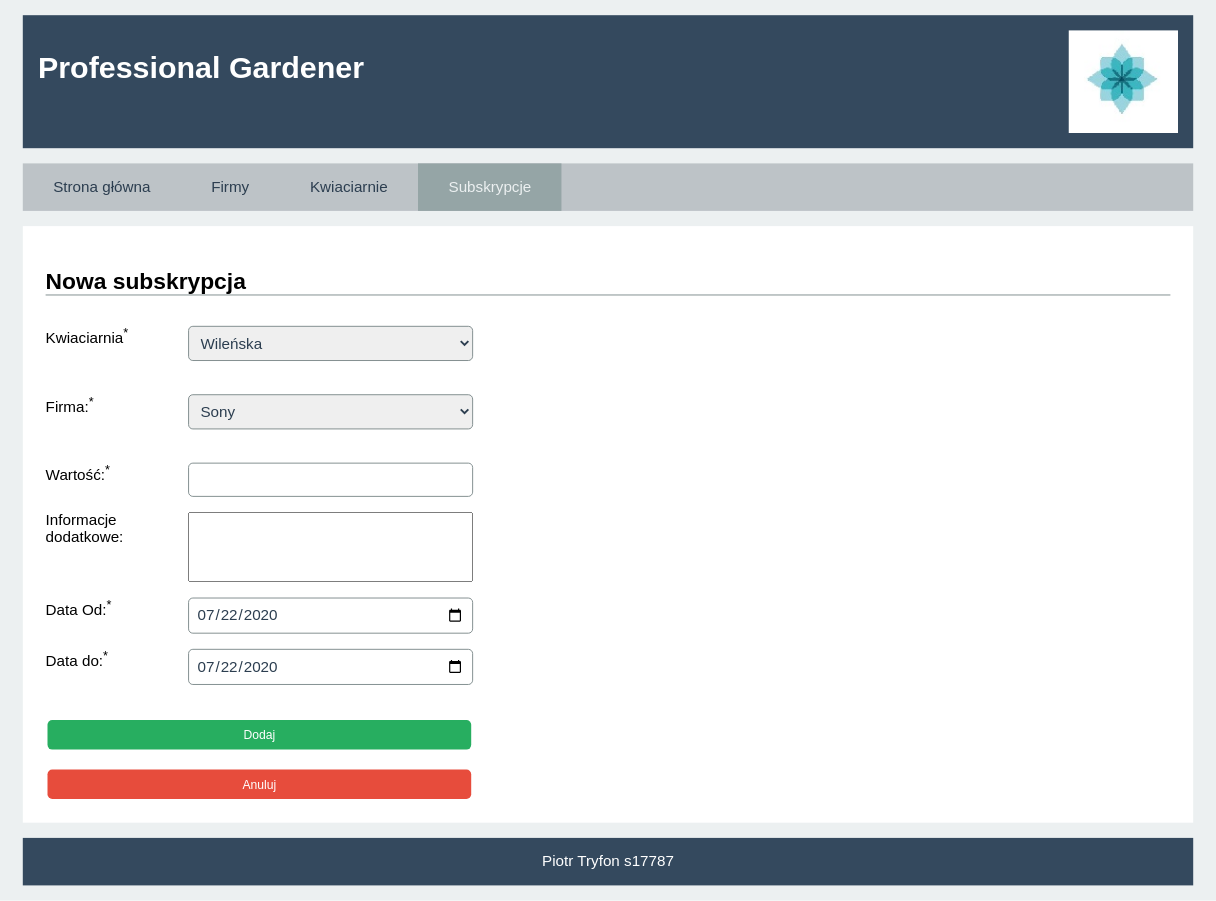
Repository: s17787/TIN
Page: tin_zaoczne_12_s17787_html-css/pages/subscription-form.html
An editor plug-in stored every save of this project. The page is shown before and after the next save, followed by the edit.
The browser window is 1280 px wide. The pictures show the whole page, at 95% of full size.

Above is the page before, as saved 2021-01-06 09:40:53.

### tin_zaoczne_12_s17787_html-css/pages/subscription-form.html
<!DOCTYPE html>
<html lang="pl-PL">
<head>
    <meta charset="UTF-8">
    <meta name="viewport" content="width=device-width, initial-scale=1.0">
    <title>Professional Gardener</title>
    <link rel="stylesheet" href="../css/style.css" type="text/css"/>
    <script type="application/javascript" src="js/validationCommon.js"></script>
</head>
<body>
    <header>
        <h1>Professional Gardener</h1>
        <img src="../images/logo.jpg" alt="Professional Gardener">
    </header>
    <nav>
        <ul>
            <li><a href="../index.html" >Strona główna</a></li>
            <li><a href="client-list.html">Firmy</a></li>
            <li><a href="florist-list.html" >Kwiaciarnie</a></li>
            <li><a href="subscription-list.html" class="active">Subskrypcje</a></li>
        </ul>
    </nav>
    <main>
        <h2>Nowa subskrypcja</h2>
        <form class="form">
            <!--<div class="form-group">-->
                <label for="florist_Name">Kwiaciarnia<sup>*</sup></label>
                <select id="florist_Name" name="florist_Name">
                    <option value="wilenska" selected="selected">Wileńska</option>
                    <option value="poludniowa">Południowa</option>
                    <option value="polnocna">Północna</option>
                  </select>
                  <span id="errorName" class="errors-text"></span>
            <!--</div>-->
            <!--<div class="form-group">-->
                <label for="client_Name">Firma:<sup>*</sup></label>
                <select id="client_Name" name="client_Name">
                    <option value="sony" selected="selected">Sony</option>
                    <option value="walmart">Walmart</option>
                    <option value="amazon">Amazon</option>
                  </select>
                  <span id="errorName" class="errors-text"></span>
            <!--</div>-->
            <!--<div class="form-group">-->
                <label for="value">Wartość:<sup>*</sup></label>
                <input type="text" name="value" id="value" />
            <!--</div>-->
            <!--<div class="form-group">-->
                <label for="Informacje">Informacje dodatkowe:</label>
                <textarea type="text" name="Informacje" id="Informacje" rows="4" cols="10" style="resize: none;"></textarea>
            <!--</div>-->
            <!--<div class="form-group">-->
                <label for="date_From">Data Od:<sup>*</sup></label>
                <input type="date" value="2020-07-22" min="2020-07-22" name="date_From" id="date_From" />
            <!--</div>-->
            <!--<div class="form-group">-->
                <label for="date_To">Data do:<sup>*</sup></label>
                <input type="date" value="2020-07-22" name="date_To" id="date_To" />
            <!--</div>-->
            <!--<div class="form-group">-->
                <p id="errorsSummary" class="errors-text"></p>
                <p><a href="subscription-list.html" class="form-button-submit" >Dodaj</a></p>
                <p><a href="subscription-list.html" class="form-button-cancel" >Anuluj</a></p>
            <!--</div>-->
        </form>
    </main>
    <footer>
        Piotr Tryfon s17787
    </footer>
</body>
</html>

### tin_zaoczne_12_s17787_html-css/css/style.css
html {
    background-color: #ecf0f1;
    font-family: sans-serif;
}

body {
    min-width: 360px;
  }

header,
main,
footer {
    background-color: white;
}

header,
main,
footer,
nav {
    margin: 1rem;
}

header,
footer {
    background-color: #34495e;
    color: white;
    padding: 1rem;
}

header {
    display: flex;
    justify-content: space-between;
}

nav {
    background-color: #bdc3c7;
}

nav ul {
    display: flex;
    padding: 0;
    list-style-type: none;
}

nav ul li a {
    display: inline-block;
    color: #2c3e50;
    padding: 1rem 2rem;
    text-decoration: none;
}

nav ul li a:hover {
    background-color: #d35400;
    color: #ecf0f1;
}

nav ul li a.active {
    background-color: #95a5a6;
    color: #ecf0f1;
}

main {
    padding: 1.5rem;
}

footer {
    text-align: center;
}

main h2 {
    border-bottom: 1px solid #7f8c8d;
    margin-bottom: 2rem;
}

.table-list {
    border-collapse: collapse;
    color:#2c3e50;
    width: 100%;
}

.table-list,
.table-list th,
.table-list td {
    border: 1px solid #bdc3c7;
}

.table-list th,
.table-list td {
    padding: 0.5rem;
}

.table-list th,
.table-list tbody tr:nth-child(even) {
    background-color: #ecf0f1;
}

.list-actions {
    margin: 0;
    text-align: center;
    list-style-type: none;
    padding: 0;
}

.list-actions li {
    display: inline-block;
    margin: 0.2em;
}

.list-actions-button-details,
.list-actions-button-edit,
.list-actions-button-delete {
    display: inline-block;
    width: 75px;
    padding: 0.25rem 0.5rem;
}

.list-actions-button-details,
.list-actions-button-edit,
.list-actions-button-delete,
.button-add,
.form-button-submit,
.form-button-cancel {
    border: none;
    border-radius: 5px;
    color: white;
    text-decoration: none;
    text-align: center;
    font-size: 0.8rem;
}

.list-actions-button-details,
.list-actions-button-edit {
    margin-right: 1rem;
}

.list-actions-button-details {
    background-color: #2980b9;
}
.list-actions-button-details:hover {
    background-color: #3498db;
}

.list-actions-button-edit {
    background-color: #f39c12;
}

.list-actions-button-edit:hover {
    background-color: #f1c40f;
}

.form-button-cancel,
.list-actions-button-delete {
    background-color: #c0392b;
}

.form-button-cancel,
.list-actions-button-delete:hover {
    background-color: #e74c3c;
}

.button-add,
.form-button-submit,
.form-button-cancel {
    padding: 0.5rem 1rem;
}

.button-add,
.form-button-submit {
    background-color: #27ae60;
}

.button-add:hover,
.form-button-submit:hover {
    background-color: #2ecc71;
}

button,
input,
select,
textarea {
    font-family: inherit;
    font-size: 100%;
    box-sizing: border-box;
    padding: 0; margin: 0;
}

textarea {
    overflow: auto;
}

.form {
    display: grid;
    grid-template-columns: 150px 300px;
    row-gap: 1rem;
}

.form select,
.form input[type="text"],
.form input[type="number"],
.form input[type="date"],
.form input[type="email"] {
    border: 1px solid #7f8c8d;
    color:#2c3e50;
    border-radius: 5px;
    padding: 0.5rem;
    width: 100%;
}

.form label {
    display: block;
    margin-bottom: 0.5em;
}

.form-group {
    margin-bottom: 1rem;
}

abbr[title='required'] {
    color: #c0392b;
}

.form p {
    grid-column-start: 1;
    grid-column-end: -1;
    margin: 0.1em;
}

.form span {
    grid-column-start: -2;
    grid-column-end: -1;
    margin: 0.1em;
}

.form-button-submit,
.form-button-cancel {
    width: 100%;
}

.form-button-submit,
.form-button-cancel {
    box-sizing: border-box;
    display: block;
}

.form-button-submit {
    margin-bottom: 0.1rem;
}

@media all and (max-width:720px) {
    header {
        flex-direction: column;
    }

    header h1 {
        text-align: center;
    }

    header img {
        align-self: center;
    }
}

@media all and (max-width: 400px) {
    body,
    nav,
    nav ul,
    header,
    main,
    footer {
        margin: 0;
    }
}

@media all and (max-width:720px) {
    nav ul {
        flex-wrap: wrap;
    }

    nav ul li {
        flex-basis: 50%;
        text-align: center;
    }

    nav ul li a {
        display: block;
    }
}

@media all and (max-width: 400px) {
    nav ul li {
        flex-basis: 100%;
    }
}

@media all and (max-width: 720px) {
    .form {
        grid-template-columns: 1fr;
        row-gap:unset;
        margin-left: unset;
        row-gap: 0.3rem;
    }

    .form input[type="text"],
    .form input[type="number"],
    .form input[type="date"],
    .form select {
        margin-bottom: 1rem;
    }
}

Loaded but not shown: tin_zaoczne_12_s17787_html-css/js/validationCommon.js (no stored copy; drawn as an empty file)

After the next save:
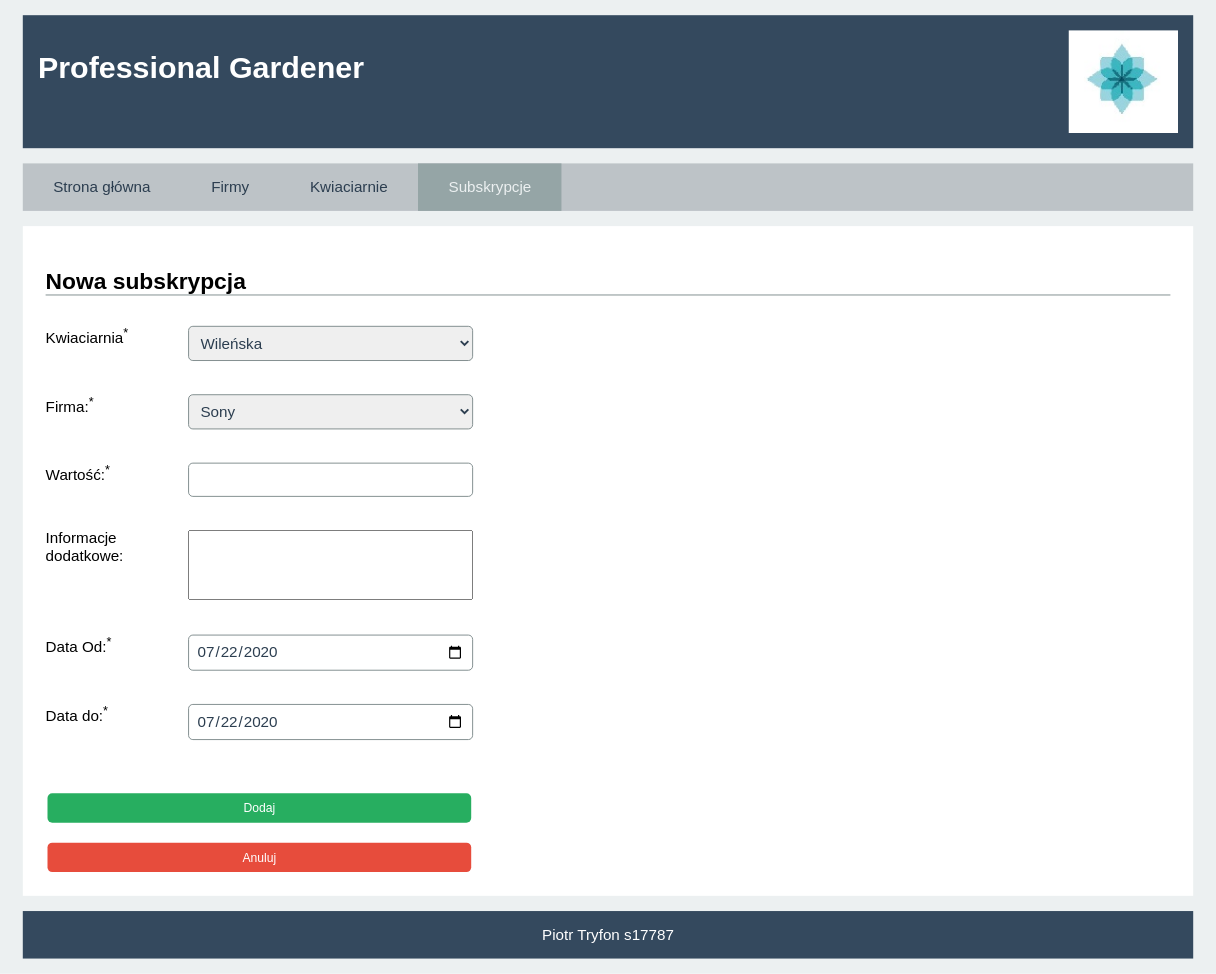
Saved 46 s later.
--- a/tin_zaoczne_12_s17787_html-css/pages/subscription-form.html
+++ b/tin_zaoczne_12_s17787_html-css/pages/subscription-form.html
@@ -44,18 +44,22 @@
             <!--<div class="form-group">-->
                 <label for="value">Wartość:<sup>*</sup></label>
                 <input type="text" name="value" id="value" />
+                <span id="errorValue" class="errors-text"></span>
             <!--</div>-->
             <!--<div class="form-group">-->
                 <label for="Informacje">Informacje dodatkowe:</label>
                 <textarea type="text" name="Informacje" id="Informacje" rows="4" cols="10" style="resize: none;"></textarea>
+                <span id="errorInformation" class="errors-text"></span>
             <!--</div>-->
             <!--<div class="form-group">-->
                 <label for="date_From">Data Od:<sup>*</sup></label>
                 <input type="date" value="2020-07-22" min="2020-07-22" name="date_From" id="date_From" />
+                <span id="errorDateFrom" class="errors-text"></span>
             <!--</div>-->
             <!--<div class="form-group">-->
                 <label for="date_To">Data do:<sup>*</sup></label>
                 <input type="date" value="2020-07-22" name="date_To" id="date_To" />
+                <span id="errorDateTo" class="errors-text"></span>
             <!--</div>-->
             <!--<div class="form-group">-->
                 <p id="errorsSummary" class="errors-text"></p>
